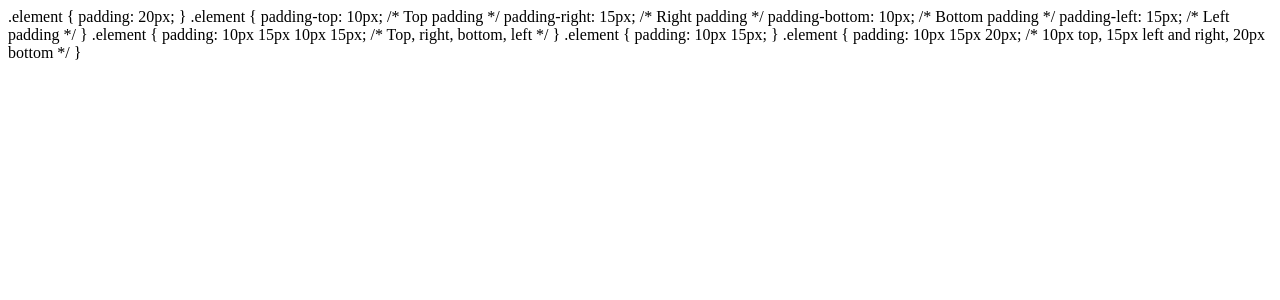
Repository: 12323397/K23KT
Page: css2.html
An editor plug-in stored every save of this project. The page is shown before and after the next save, followed by the edit.
The browser window is 1280 px wide. The pictures show the whole page.

Above is the page before, as saved 2025-01-29 14:46:26.

### css2.html
.element {
  padding: 20px;
}

.element {
  padding-top: 10px;    /* Top padding */
  padding-right: 15px;  /* Right padding */
  padding-bottom: 10px; /* Bottom padding */
  padding-left: 15px;   /* Left padding */
}

.element {
  padding: 10px 15px 10px 15px;  /* Top, right, bottom, left */
}

.element {
  padding: 10px 15px;
}

.element {
  padding: 10px 15px 20px;  /* 10px top, 15px left and right, 20px bottom */
}

After the next save:
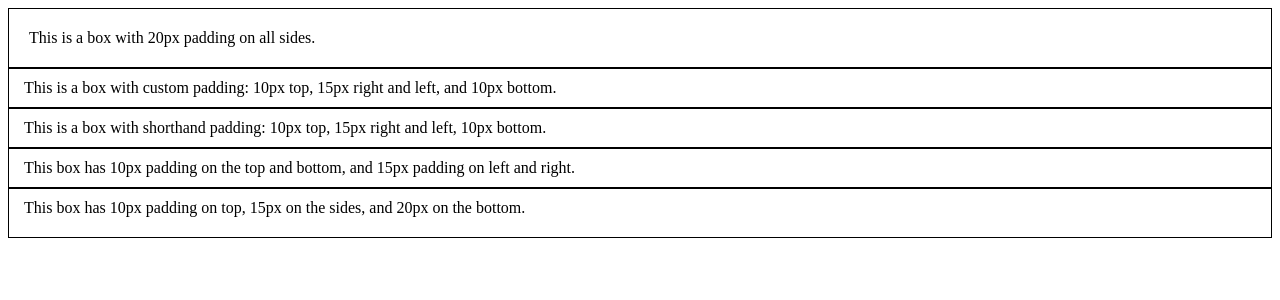
Saved 35 s later.
--- a/css2.html
+++ b/css2.html
@@ -1,22 +1,65 @@
-.element {
-  padding: 20px;
-}
+<!DOCTYPE html>
+<html lang="en">
+<head>
+    <meta charset="UTF-8">
+    <meta name="viewport" content="width=device-width, initial-scale=1.0">
+    <title>Padding Example</title>
+    <style>
+        /* Add padding to all sides of an element */
+        .box {
+            padding: 20px;
+            border: 1px solid black;
+        }
 
-.element {
-  padding-top: 10px;    /* Top padding */
-  padding-right: 15px;  /* Right padding */
-  padding-bottom: 10px; /* Bottom padding */
-  padding-left: 15px;   /* Left padding */
-}
+        /* Add different padding for each side */
+        .box2 {
+            padding-top: 10px;
+            padding-right: 15px;
+            padding-bottom: 10px;
+            padding-left: 15px;
+            border: 1px solid black;
+        }
 
-.element {
-  padding: 10px 15px 10px 15px;  /* Top, right, bottom, left */
-}
+        /* Add padding with shorthand (top, right, bottom, left) */
+        .box3 {
+            padding: 10px 15px 10px 15px;
+            border: 1px solid black;
+        }
 
-.element {
-  padding: 10px 15px;
-}
+        /* Add padding with 2 values (top/bottom, left/right) */
+        .box4 {
+            padding: 10px 15px;
+            border: 1px solid black;
+        }
 
-.element {
-  padding: 10px 15px 20px;  /* 10px top, 15px left and right, 20px bottom */
-}
+        /* Add padding with 3 values (top, left/right, bottom) */
+        .box5 {
+            padding: 10px 15px 20px;
+            border: 1px solid black;
+        }
+    </style>
+</head>
+<body>
+
+    <div class="box">
+        This is a box with 20px padding on all sides.
+    </div>
+
+    <div class="box2">
+        This is a box with custom padding: 10px top, 15px right and left, and 10px bottom.
+    </div>
+
+    <div class="box3">
+        This is a box with shorthand padding: 10px top, 15px right and left, 10px bottom.
+    </div>
+
+    <div class="box4">
+        This box has 10px padding on the top and bottom, and 15px padding on left and right.
+    </div>
+
+    <div class="box5">
+        This box has 10px padding on top, 15px on the sides, and 20px on the bottom.
+    </div>
+
+</body>
+</html>
